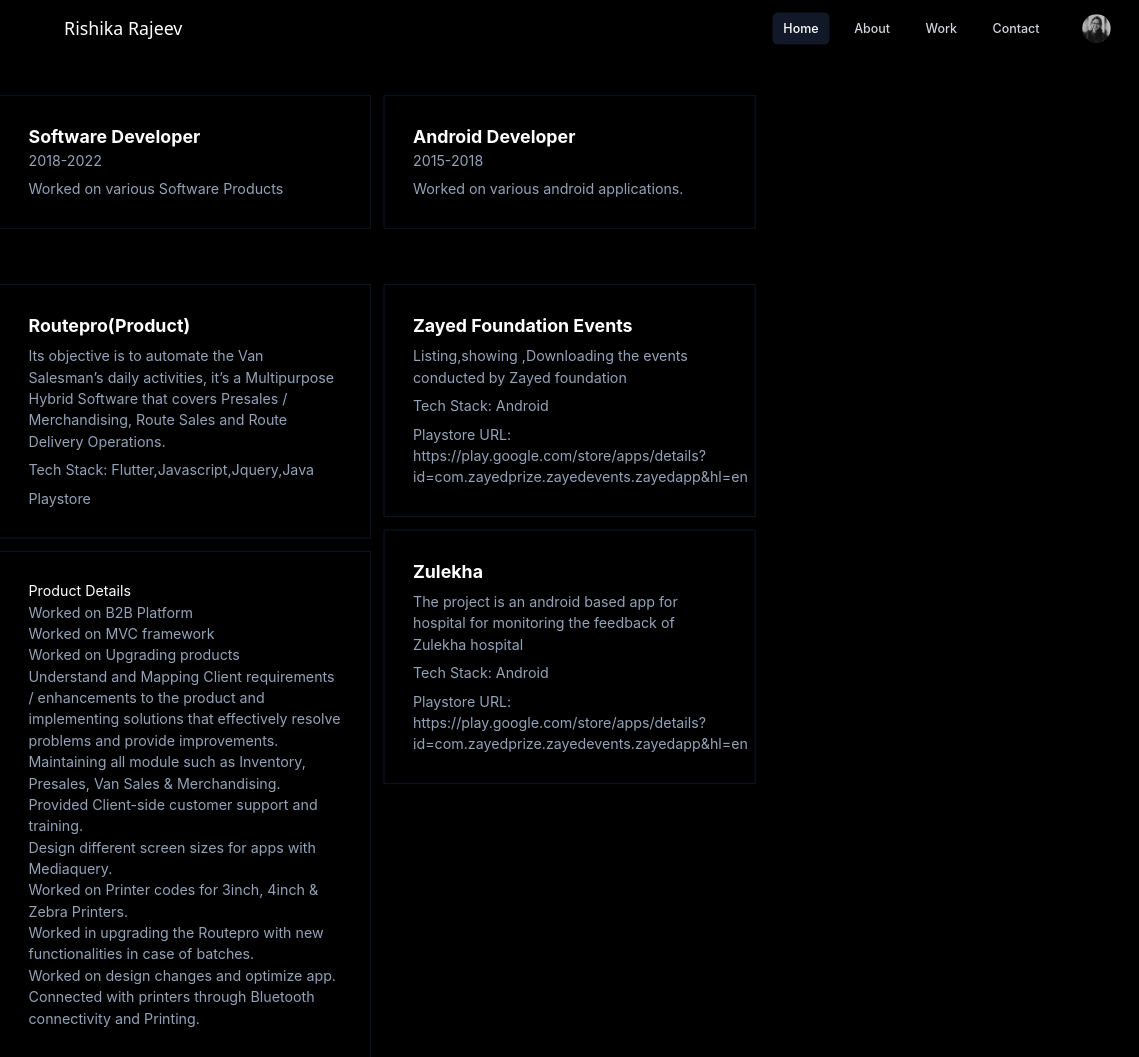
Repository: rishikarajeev/portfolio_rishika
Page: /work
The author's editor kept a copy of each file at every save. The page is drawn from the files as they stood at one save, then again after a run of saves.
The browser window is 1280 px wide. The pictures show the whole page, at 89% of full size.
The project was rebuilt for these pictures with package versions that can differ from the ones it lists, and the page was loaded fresh each time. Also part of the build but not shown: src/Pages/Home.jsx, src/Pages/About.jsx, src/Pages/Contact.jsx.

Above is the page before, as saved 2023-10-23 18:59:17.

### src/Components/Nav/Nav.jsx
import React from 'react'

import img from '../../Images/profile.jpeg'

function Nav() {
  return (
    <div><nav class="dark:bg-black">
    <div class="mx-auto max-w-7xl px-2 sm:px-6 lg:px-8">
      <div class="relative flex h-16 items-center justify-between">
      <div class="absolute inset-y-0 left-7 flex items-center ">

      <a href="#" class=" text-white  px-3 py-2 text-xl font-medium font-sans" aria-current="page">Rishika Rajeev</a>
        </div>
        <div class="absolute inset-y-0 left-0 flex items-center sm:hidden">

          <button type="button" class="relative inline-flex items-center justify-center rounded-md p-2 text-gray-400 hover:bg-gray-700 hover:text-white focus:outline-none focus:ring-2 focus:ring-inset focus:ring-white" aria-controls="mobile-menu" aria-expanded="false">
            <span class="absolute -inset-0.5"></span>
            <span class="sr-only">Open main menu</span>

            <svg class="block h-6 w-6" fill="none" viewBox="0 0 24 24" stroke-width="1.5" stroke="currentColor" aria-hidden="true">
              <path stroke-linecap="round" stroke-linejoin="round" d="M3.75 6.75h16.5M3.75 12h16.5m-16.5 5.25h16.5" />
            </svg>

            <svg class="hidden h-6 w-6" fill="none" viewBox="0 0 24 24" stroke-width="1.5" stroke="currentColor" aria-hidden="true">
              <path stroke-linecap="round" stroke-linejoin="round" d="M6 18L18 6M6 6l12 12" />
            </svg>
          </button>
        </div>
        <div class="flex flex-1 items-center justify-end sm:items-stretch sm:justify-end">
          {/* <div class="flex flex-shrink-0 items-center">
            <img class="h-8 w-auto" src="https://tailwindui.com/img/logos/mark.svg?color=indigo&shade=500" alt="Your Company"/>
          </div> */}
          <div class="hidden sm:ml-6 sm:block ">
            <div class="flex space-x-4 ">

              <a href="/" class="bg-gray-900 text-white rounded-md px-3 py-2 text-sm font-medium" >Home</a>
              <a href="/about" class="text-gray-300 hover:bg-gray-700 hover:text-white rounded-md px-3 py-2 text-sm font-medium">About</a>
              <a href="/work" class="text-gray-300 hover:bg-gray-700 hover:text-white rounded-md px-3 py-2 text-sm font-medium">Work</a>
              <a href="/contact" class="text-gray-300 hover:bg-gray-700 hover:text-white rounded-md px-3 py-2 text-sm font-medium">Contact</a>
            </div>
          </div>
        </div>
        <div class="absolute inset-y-0 right-0 flex items-center pr-2 sm:static sm:inset-auto sm:ml-6 sm:pr-0">
          {/* <button type="button" class="relative rounded-full bg-gray-800 p-1 text-gray-400 hover:text-white focus:outline-none focus:ring-2 focus:ring-white focus:ring-offset-2 focus:ring-offset-gray-800">
            <span class="absolute -inset-1.5"></span>
            <span class="sr-only">View notifications</span>
            <svg class="h-6 w-6" fill="none" viewBox="0 0 24 24" stroke-width="1.5" stroke="currentColor" aria-hidden="true">
              <path stroke-linecap="round" stroke-linejoin="round" d="M14.857 17.082a23.848 23.848 0 005.454-1.31A8.967 8.967 0 0118 9.75v-.7V9A6 6 0 006 9v.75a8.967 8.967 0 01-2.312 6.022c1.733.64 3.56 1.085 5.455 1.31m5.714 0a24.255 24.255 0 01-5.714 0m5.714 0a3 3 0 11-5.714 0" />
            </svg>
          </button> */}


          <div class="relative ml-3">
            <div>
              <button type="button" class="relative flex rounded-full bg-gray-800 text-sm focus:outline-none focus:ring-2 focus:ring-white focus:ring-offset-2 focus:ring-offset-gray-800" id="user-menu-button" aria-expanded="false" aria-haspopup="true">
                <span class="absolute -inset-1.5"></span>
                <span class="sr-only">Open user menu</span>
                <img class="h-8 w-8 rounded-full" src={img} alt=""/>
              </button>
            </div>

          </div>
        </div>
      </div>
    </div>


    <div class="sm:hidden" id="mobile-menu">
      <div class="space-y-1 px-2 pb-3 pt-2">

        <a href="/" class="bg-gray-900 text-white block rounded-md px-3 py-2 text-base font-medium" aria-current="page">Home</a>
        <a href="/about" class="text-gray-300 hover:bg-gray-700 hover:text-white block rounded-md px-3 py-2 text-base font-medium">About</a>
        <a href="/work" class="text-gray-300 hover:bg-gray-700 hover:text-white block rounded-md px-3 py-2 text-base font-medium">Work</a>
        <a href="/contact" class="text-gray-300 hover:bg-gray-700 hover:text-white block rounded-md px-3 py-2 text-base font-medium">Contact</a>
      </div>
    </div>
  </nav>
  </div>
  )
}

export default Nav

### src/Pages/Mywork.jsx
import React from "react";
import Work from "../Components/Work";
import Project from "../Components/Project";
import Nav from "../Components/Nav/Nav";

function Mywork() {
  return (
    <div class="dark md:bg-black ">
      <Nav />

      <div>
        {" "}
        <div className="container mx-auto  dark dark:bg-black">
          <h2 className="text-3xl font-bold mb-2 ">Work Experience</h2>

          <div class="grid grid-cols-1 md:grid-cols-3 gap-4 dark dark:bg-black">
            <div className="dark md:bg-black">
              <Work
                title="Software Developer"
                description="Worked on various Software Products"
                year="2018-2022"
              />
              <h2 className="text-3xl font-bold mt-6 mb-1">Projects</h2>
              <Project
                title="Routepro(Product)"
                description=" Its objective is to automate the Van Salesman’s daily activities, it’s a Multipurpose Hybrid Software that covers Presales / Merchandising, Route Sales and Route Delivery Operations."
                techStack="Flutter,Javascript,Jquery,Java"
              />
              <div className="dark:text-slate-400 ring-1 ring-slate-900 max-w-2xl p-8 dark dark:bg-black">
                <h2 className="text-white"> Product Details</h2>
                <ul>
                  <li>Worked on B2B Platform</li>
                  <li>Worked on MVC framework</li>
                  <li>Worked on Upgrading products </li>
                  <li>
                    Understand and Mapping Client requirements / enhancements to
                    the product and implementing solutions that effectively
                    resolve problems and provide improvements.
                  </li>
                  <li>
                    Maintaining all module such as Inventory, Presales, Van
                    Sales & Merchandising.
                  </li>
                  <li>Provided Client-side customer support and training.</li>
                  <li>
                    Design different screen sizes for apps with Mediaquery.
                  </li>
                  <li>
                    Worked on Printer codes for 3inch, 4inch & Zebra Printers.
                  </li>
                  <li>
                    Worked in upgrading the Routepro with new functionalities in
                    case of batches.
                  </li>
                  <li>Worked on design changes and optimize app.</li>
                  <li>
                    Connected with printers through Bluetooth connectivity and
                    Printing.
                  </li>
                </ul>
              </div>
            </div>
            <div>
            <Work
                title="Android Developer"
                description="Worked on various android applications."
                year="2015-2018"
              />
              <h2 className="text-3xl font-bold mt-6 mb-1">Projects</h2>
              <Project
                title="Zayed Foundation Events"
                description=" Listing,showing ,Downloading the events conducted by Zayed foundation"
                techStack="Android"
                Playstore=" URL: https://play.google.com/store/apps/details?id=com.zayedprize.zayedevents.zayedapp&hl=en"
              />
                  <Project
                title="Zulekha"
                description=" The project is an android based app for hospital for monitoring the feedback of Zulekha hospital"
                techStack="Android"
                Playstore=" URL: https://play.google.com/store/apps/details?id=com.zayedprize.zayedevents.zayedapp&hl=en"
              />
               <ul>
                            <li>Listing the events conducted by Zayed foundation</li>
                            <li>Showing Live events.</li>
                                <li>	Downloading and viewing files.</li>
                                    <li>	Integrated Google Map & Facebook</li>
                                        <li>	Implemented Calendar with Marked Events.</li>
                                            <li>	Playstore URL: https://play.google.com/store/apps/details?id=com.zayedprize.zayedevents.zayedapp&hl=en</li>

                        </ul>
            </div>
          </div>
        </div>
      </div>
    </div>
  );
}

export default Mywork;

### src/Components/Work.jsx
import React from 'react';

const Work = ({ title, description, year }) => {
  return (
    <div className="mb-4 ring-1 ring-slate-900 max-w-2xl p-8 dark md:bg-black">
      <h3 className="text-xl font-bold text-white">{title}</h3>
      <p className="dark:text-slate-400">{year}</p>
      <p className="mt-2 dark:text-slate-400">{description}</p>
    </div>
  );
};

export default Work;

### src/Components/Project.jsx
import React from 'react';

const Project = ({ title, description, techStack,Playstore }) => {
  return (
    <div className="mb-4 ring-1 ring-slate-900 max-w-2xl p-8 dark md:bg-black">
      <h3 className="text-xl font-bold text-white">{title}</h3>
      <p className="mt-2 dark:text-slate-400">{description}</p>
      <p className="mt-2 dark:text-slate-400">Tech Stack: {techStack}</p>
      <p className="mt-2 dark:text-slate-400">Playstore {Playstore}</p>
    </div>
  );
};

export default Project;

### tailwind.config.js
/** @type {import('tailwindcss').Config} */
module.exports = {
  content: ["./src/**/*.{html,js,jsx}"],
  theme: {
    extend: {},
  },
  darkMode: 'class',
  plugins: [],
}

Loaded but not shown: public/index.html (common file); src/index.js (common file); src/index.css (common file); src/App.js (common file); src/reportWebVitals.js (common file); src/App.css (common file)

After the next 2 saves:
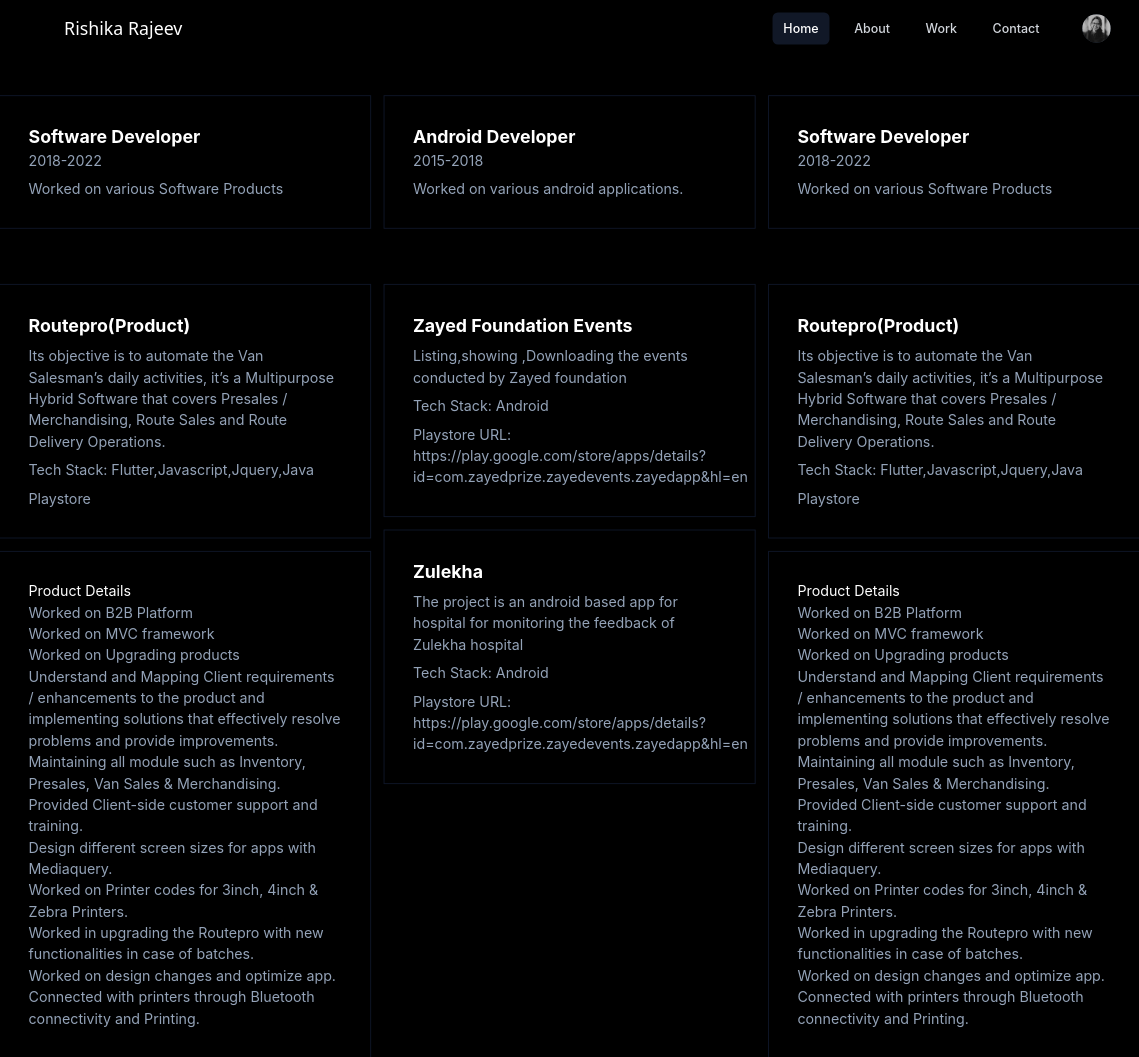
The 2 saves are shown as one change because they came seconds apart.
The last was saved 35 s later.
--- a/src/Pages/Mywork.jsx
+++ b/src/Pages/Mywork.jsx
@@ -89,6 +89,52 @@ function Mywork() {
 
                         </ul>
             </div>
+            <div className="dark md:bg-black">
+              <Work
+                title="Software Developer"
+                description="Worked on various Software Products"
+                year="2018-2022"
+              />
+              <h2 className="text-3xl font-bold mt-6 mb-1">Projects</h2>
+              <Project
+                title="Routepro(Product)"
+                description=" Its objective is to automate the Van Salesman’s daily activities, it’s a Multipurpose Hybrid Software that covers Presales / Merchandising, Route Sales and Route Delivery Operations."
+                techStack="Flutter,Javascript,Jquery,Java"
+              />
+              <div className="dark:text-slate-400 ring-1 ring-slate-900 max-w-2xl p-8 dark dark:bg-black">
+                <h2 className="text-white"> Product Details</h2>
+                <ul>
+                  <li>Worked on B2B Platform</li>
+                  <li>Worked on MVC framework</li>
+                  <li>Worked on Upgrading products </li>
+                  <li>
+                    Understand and Mapping Client requirements / enhancements to
+                    the product and implementing solutions that effectively
+                    resolve problems and provide improvements.
+                  </li>
+                  <li>
+                    Maintaining all module such as Inventory, Presales, Van
+                    Sales & Merchandising.
+                  </li>
+                  <li>Provided Client-side customer support and training.</li>
+                  <li>
+                    Design different screen sizes for apps with Mediaquery.
+                  </li>
+                  <li>
+                    Worked on Printer codes for 3inch, 4inch & Zebra Printers.
+                  </li>
+                  <li>
+                    Worked in upgrading the Routepro with new functionalities in
+                    case of batches.
+                  </li>
+                  <li>Worked on design changes and optimize app.</li>
+                  <li>
+                    Connected with printers through Bluetooth connectivity and
+                    Printing.
+                  </li>
+                </ul>
+              </div>
+            </div>
           </div>
         </div>
       </div>
